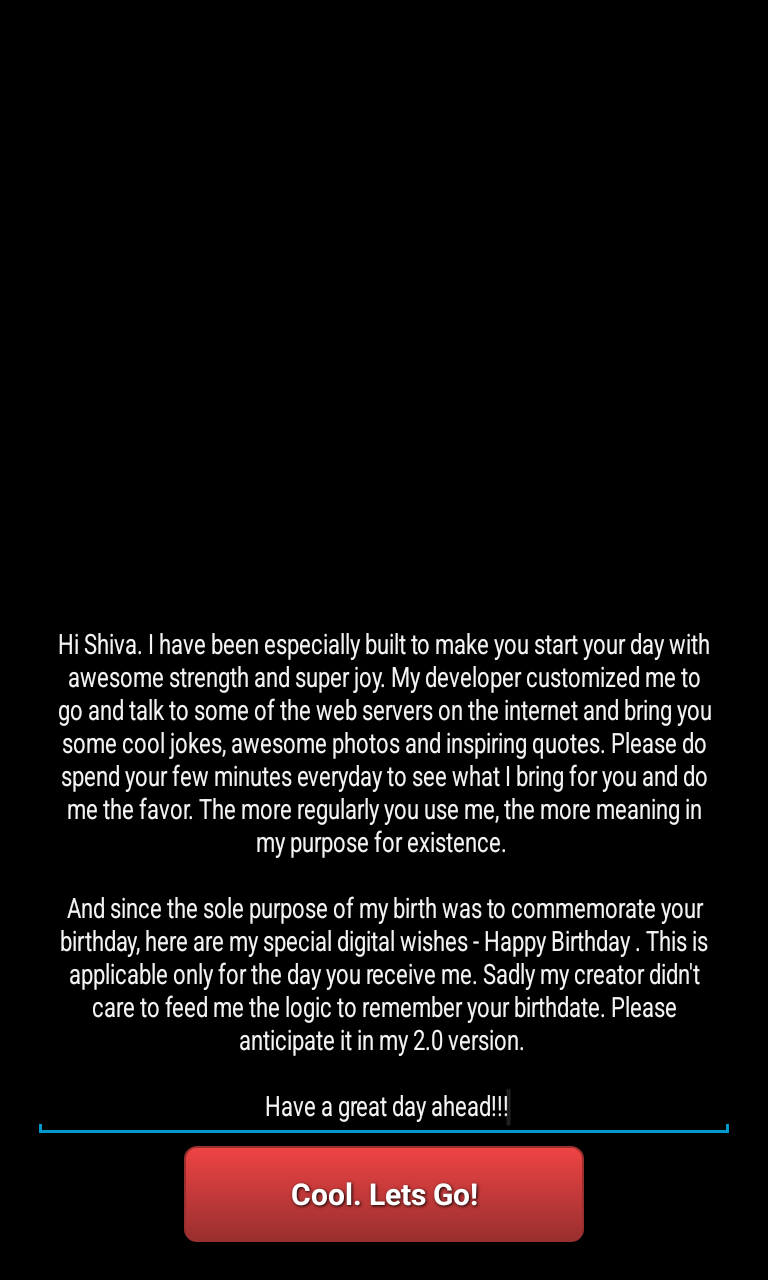
Repository: gitvas/FewMinutesEveryday
Layout: WorkspaceOne/FewMinutesEveryday/res/layout/activity_start.xml
An editor plug-in stored every save of this project. The layout is shown before and after the next save, followed by the edit.
It is drawn on a 768 x 1280 px phone screen (xhdpi) without system bars, with theme android:Theme.Holo; the app's code is not run.

Above is the layout before, as saved 2014-08-24 06:49:06.

### WorkspaceOne/FewMinutesEveryday/res/layout/activity_start.xml
<?xml version="1.0" encoding="utf-8"?>
<RelativeLayout xmlns:android="http://schemas.android.com/apk/res/android"
    xmlns:tools="http://schemas.android.com/tools"
    android:layout_width="match_parent"
    android:layout_height="match_parent"
    android:paddingBottom="@dimen/activity_vertical_margin"
    android:paddingLeft="@dimen/activity_horizontal_margin"
    android:paddingRight="@dimen/activity_horizontal_margin"
    android:paddingTop="@dimen/activity_vertical_margin"
    tools:context="com.sreenivas.fewminuteseveryday.MainActivity" >

    <EditText
        android:id="@+id/editText1"
        android:layout_width="fill_parent"
        android:layout_height="wrap_content"
        android:layout_centerHorizontal="true"
        android:layout_above="@+id/btnContinue"
        android:ems="10"
        android:gravity="center"
        android:inputType="none"
        android:focusable="false"
        android:textScaleX="0.8"
        android:textSize="14sp"
        android:text="@string/intro_text">
        <requestFocus />
    </EditText>

    <Button
        android:id="@+id/btnContinue"
        android:layout_width="200dp"
        android:layout_height="wrap_content"
        android:layout_alignParentBottom="TRUE"
        android:layout_centerHorizontal="true"
        android:text="Cool. Lets Go!"
        android:background="@drawable/red_button"
        style ="@style/button_text" />
</RelativeLayout>

### WorkspaceOne/FewMinutesEveryday/res/values/strings.xml
<?xml version="1.0" encoding="utf-8"?>
<resources>

    <string name="app_name">FewMinutesEveryday</string>
    <string name="action_settings">Settings</string>
    <string name="intro_text">Hi Shiva. I have been especially built to make you start your day with awesome strength and super joy. My developer customized me to go and talk to some of the web servers on the internet and bring you some cool jokes, awesome photos and inspiring quotes. Please do spend your few minutes everyday to see what I bring for you and do me the favor. The more regularly you use me, the more meaning in my purpose for existence. \n\nAnd since the sole purpose of my birth was to commemorate your birthday, here are my special digital wishes - Happy Birthday . This is applicable only for the day you receive me. Sadly my creator didn\'t care to feed me the logic to remember your birthdate. Please anticipate it in my 2.0 version. \n\n Have a great day ahead!!!</string>
    <string name="title_activity_main">MainActivity</string>
    <string name="title_section1">Calvin and Hobbes</string>
    <string name="title_section2">Dilbert</string>
    <string name="title_section3">Section 3</string>

</resources>

### WorkspaceOne/FewMinutesEveryday/res/drawable-hdpi/red_button.xml
<?xml version="1.0" encoding="utf-8" ?>
<selector xmlns:android="http://schemas.android.com/apk/res/android">
  <item android:state_pressed="true" >
    <shape>
      <solid
          android:color="#ef4444" />
      <stroke
          android:width="1dp"
          android:color="#992f2f" />
      <corners
          android:radius="6dp" />
      <padding
          android:left="10dp"
          android:top="10dp"
          android:right="10dp"
          android:bottom="10dp" />
    </shape>
  </item>
  <item>
    <shape>
      <gradient
          android:startColor="#ef4444"
          android:endColor="#992f2f"
          android:angle="270" />
      <stroke
          android:width="1dp"
          android:color="#992f2f" />
      <corners
          android:radius="6dp" />
      <padding
          android:left="10dp"
          android:top="10dp"
          android:right="10dp"
          android:bottom="10dp" />
    </shape>
  </item>
</selector>

Loaded but not shown: WorkspaceOne/FewMinutesEveryday/res/values/dimens.xml (common file); WorkspaceOne/FewMinutesEveryday/res/values-w820dp/dimens.xml (common file); WorkspaceOne/FewMinutesEveryday/res/values/styles.xml (common file)

After the next save:
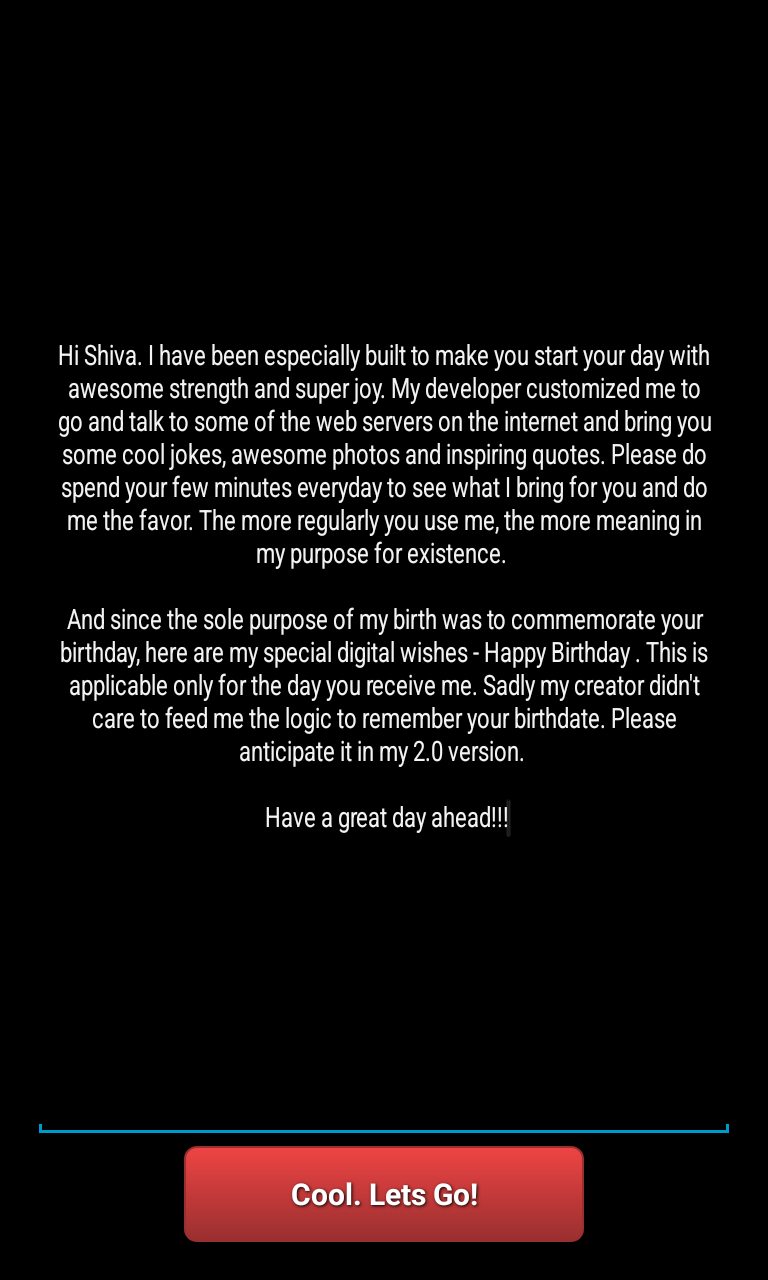
Saved 58 s later.
--- a/WorkspaceOne/FewMinutesEveryday/res/layout/activity_start.xml
+++ b/WorkspaceOne/FewMinutesEveryday/res/layout/activity_start.xml
@@ -15,6 +15,7 @@
         android:layout_height="wrap_content"
         android:layout_centerHorizontal="true"
         android:layout_above="@+id/btnContinue"
+        android:layout_alignParentTop="TRUE"
         android:ems="10"
         android:gravity="center"
         android:inputType="none"
